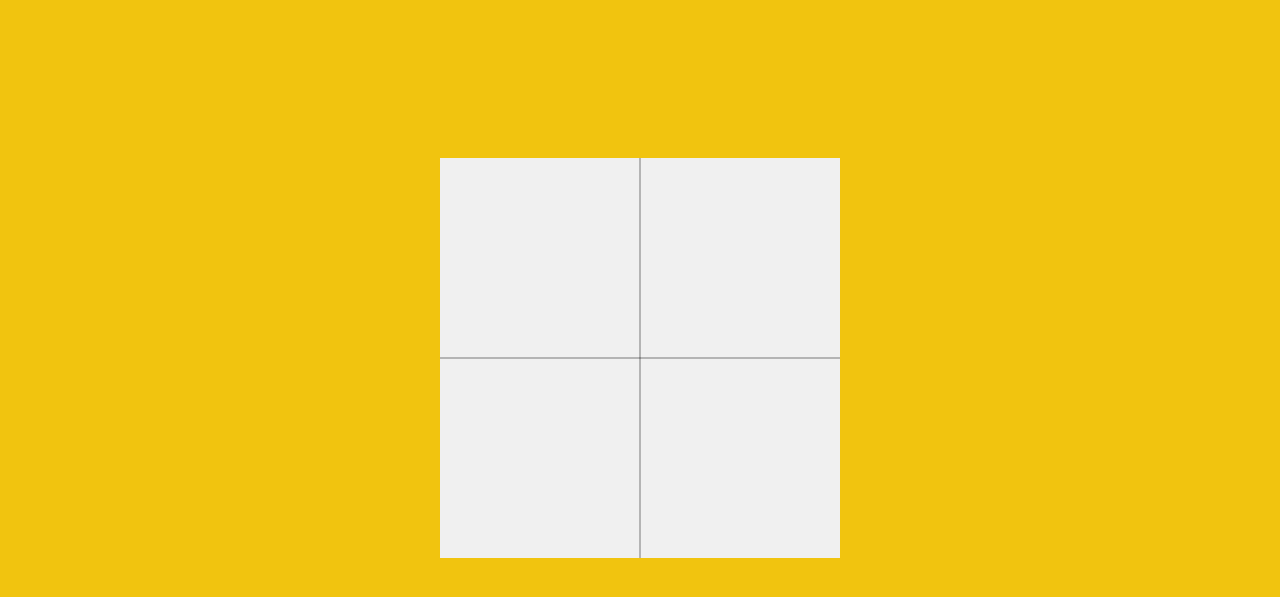
Repository: animarcus/graphing-app
Page: index.html
The author's editor kept a copy of each file at every save. The page is drawn from the files as they stood at one save, then again after a run of saves.
The browser window is 1280 px wide. The pictures show the whole page.
Some web libraries are served in a nearby version.

Above is the page before, as saved 2020-09-26 19:27:31.

After the next 3 saves:
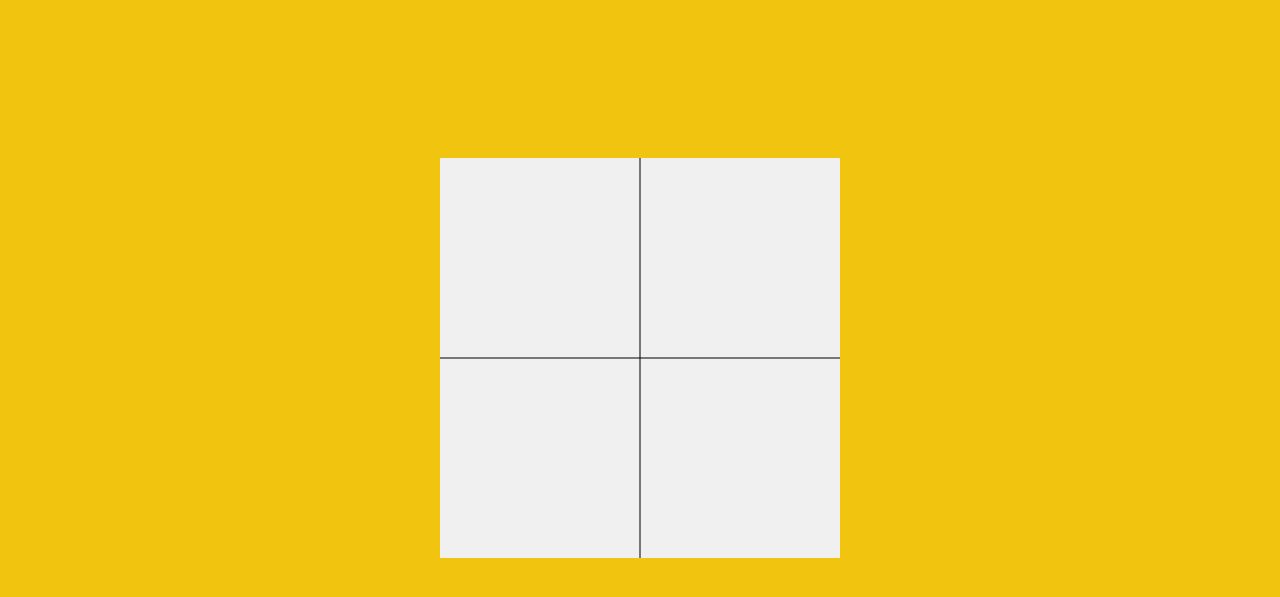
The 3 saves are shown as one change because they came seconds apart.
The last was saved 14 s later.
--- a/js/sketch.js
+++ b/js/sketch.js
@@ -9,7 +9,8 @@ function setup() {
   background(240);
   translate(canvasW/2, canvasH/2);
 
-  stroke('rgba(0%, 0%, 0%, 0.5)')
+  stroke('rgba(0%, 0%, 0%, 0.5)');
+  strokeWeight(2);
   line(-canvasW/2, 0, canvasW/2, 0);
   line(0, -canvasH/2, 0, canvasH/2);
 }
